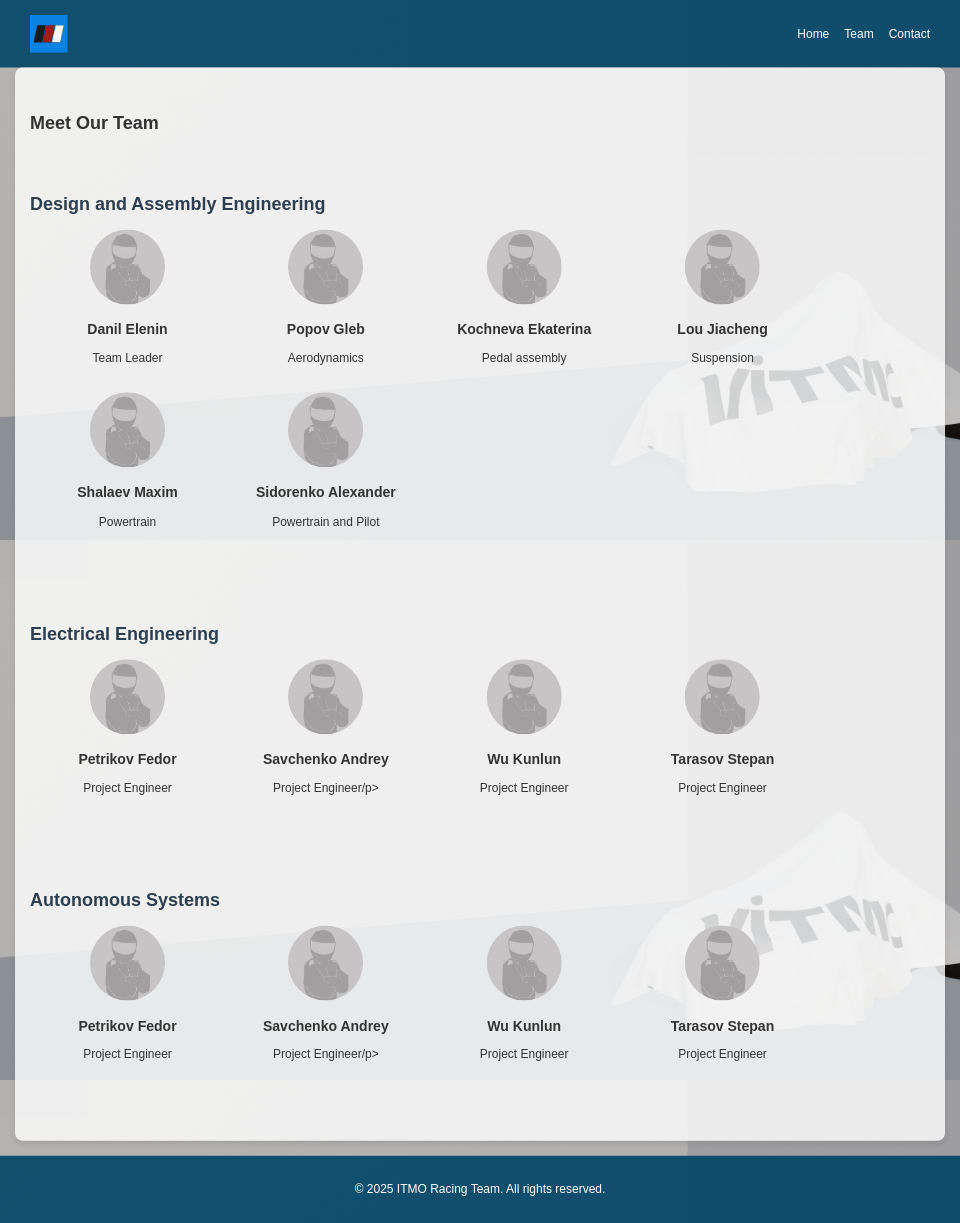
Repository: fs-itmo/fs-itmo.github.io
Page: team.html
The author's editor kept a copy of each file at every save. The page is drawn from the files as they stood at one save, then again after the next save.
The browser window is 1280 px wide. The pictures show the whole page, at 75% of full size.
Backgrounds fixed to the window are drawn as part of the page.

Above is the page before, as saved 2024-12-30 15:03:53.

After the next save:
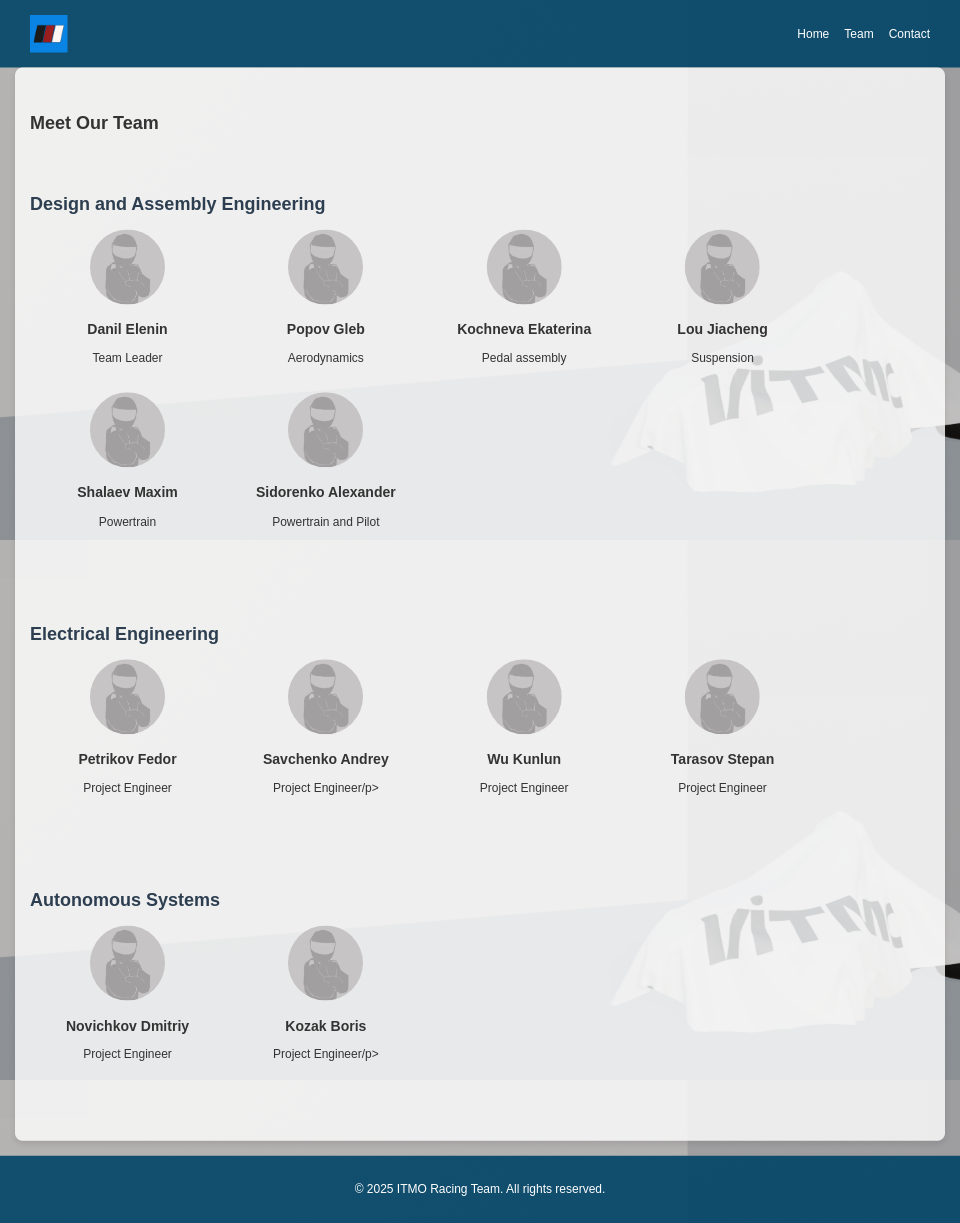
Saved 39 s later.
--- a/team.html
+++ b/team.html
@@ -91,24 +91,14 @@
           <h2>Autonomous Systems</h2>
           <!-- <p>The backbone of our organization, responsible for designing and implementing cutting-edge software solutions.</p> -->
           <div class="team-member">
-              <img src="assets/images/noname_pilot.png" alt="Petrikov Fedor">
-              <h3>Petrikov Fedor</h3>
+              <img src="assets/images/noname_pilot.png" alt="Novichkov Dmitriy">
+              <h3>Novichkov Dmitriy</h3>
               <p>Project Engineer</p>
           </div>
           <div class="team-member">
-              <img src="assets/images/noname_pilot.png" alt="Savchenko Andrey">
-              <h3>Savchenko Andrey</h3>
+              <img src="assets/images/noname_pilot.png" alt="Kozak Boris">
+              <h3>Kozak Boris</h3>
               <p>Project Engineer/p>
-          </div>
-          <div class="team-member">
-              <img src="assets/images/noname_pilot.png" alt="Wu Kunlun">
-              <h3>Wu Kunlun</h3>
-              <p>Project Engineer</p>
-          </div>
-          <div class="team-member">
-              <img src="assets/images/noname_pilot.png" alt="Tarasov Stepan">
-              <h3>Tarasov Stepan</h3>
-              <p>Project Engineer</p>
           </div>
         </div>
 
